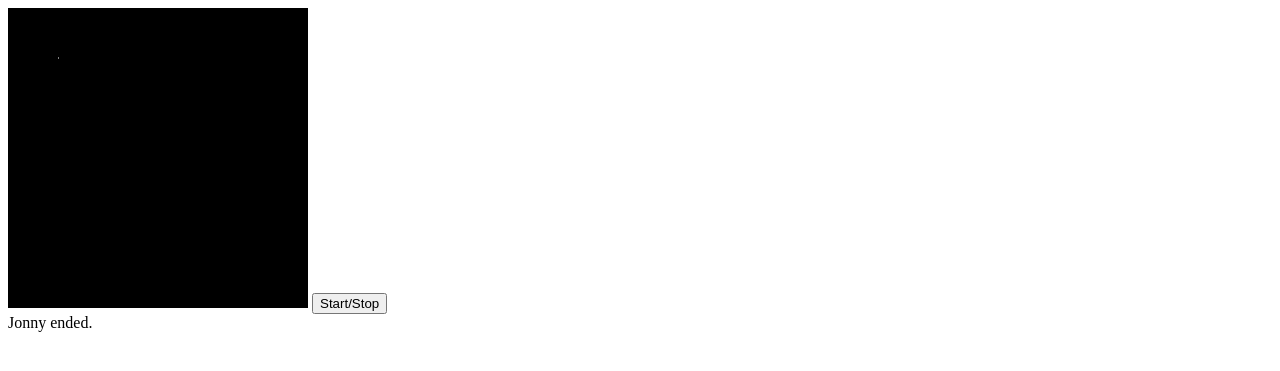
Repository: shadowroot/workspace
Page: http://localhost/test.php
An editor plug-in stored every save of this project. The page is shown before and after the next save, followed by the edit.
The browser window is 1280 px wide. The pictures show the whole page.
After loading, the first visible `#pause` was clicked once.
The page is run by PHP 8.4 with error messages shown; the project is at /var/www/html/.

Above is the page before, as saved 2012-02-08 20:41:06.

### javascript_achtung_die_kurve/test.php
<canvas id="gamespace" width="300" height="300"
	style="background: #000000;"></canvas>
<?php

?>
<script type="text/javascript">
function game(){
	var game = this;
	game.hero = null;


	game.canvas = document.getElementById("gamespace");
	game.ctx = game.canvas.getContext("2d");
	/*
	ctx.beginPath();
	ctx.moveTo(100,100);
	ctx.lineTo(101,101);
	ctx.lineTo(102,102);
	ctx.lineWidth = 10;
	ctx.strokeStyle = "black";
	ctx.stroke();
	ctx.fillStyle="#000000";
	ctx.fillRect(0,0,300,300);
	var data = ctx.getImageData(0,0,300,300);
	var i=0;

	for (i=0;i<=5;i++){
		//90% alfa
		if((data.data[i] | 0x00) != 0x00){
			document.write("collision");
		}

	}
	*/
	game.loop = function(){
		//console.log("Not Running");
		if(game.status){
			//console.log("Running");
			for(var i=0;i<=game.hero.length-1;i++){
				game.change_vector(i);
				game.draw(i);

			}
		}
	};
	game.init = function(){
		game.hero = new Array();
		console.log("init");
		game.status = false;
		/*18*/

		game.butt = document.createElement("input");
		game.butt.type = "button";
		game.butt.id="pause";
		game.butt.value="Start/Stop";
		game.butt.onclick = function(){
			if(!game.status){
				game.status = true;

			}
			else{
				game.status = false;
			}

		};
			game.hero.push({
				/*
					Start coordinates
				*/
			name:"Jonny",
			running:true,
			x:50,
			y:50,
			//[x,y] vector
			direction:new Array(0,0),
			angle:0,
			color:"#ffffff"
			});


		document.getElementsByTagName("body")[0].appendChild(game.butt);
		window.document.onkeydown = function(e){
			console.log(e.keyCode);
			switch(e.keyCode){
				case 81/*q*/:

					game.hero[0].angle++;
					break;
				case 87/*w*/:
					game.hero[0].angle--;
					break;
				case 70/*f*/:
					game.hero[1].angle++;
					break;
				case 71/*g*/:
					game.hero[1].angle++;
					break;
				default:
					break;
			}

		};
	};
	game.draw = function(i){
		if(game.hero[i].running){
			var x = game.hero[i].x+game.hero[i].direction[0];
			var y = game.hero[i].y+game.hero[i].direction[1];
			game.ctx.moveTo(game.hero[i].x,game.hero[i].y);
			if((game.ctx.getImageData(x,y,1,1).data[0] != "\x00") || (game.ctx.getImageData(x,y,1,1).data[1] != "\x00") ||
					 (game.ctx.getImageData(x,y,1,1).data[2] != "\x00") || (game.ctx.getImageData(x,y,1,1)[3] != "\x00") || (x>game.canvas.width) || (x<0)||
					(y>game.canvas.height) || (y<0)){
						game.hero[i].running = false;
						console.log(game.hero[i].name+ " ended.");
						var div = document.createElement("div");
						div.innerHTML = game.hero[i].name+ " ended.";
						document.body.appendChild(div);
			}
			else{

			}
			game.ctx.lineTo(x,y);

			game.ctx.strokeStyle=game.hero[i].color;
			game.ctx.stroke();

			game.hero[i].x = x;
			game.hero[i].y = y;
		}////next point color check && frame limits

	};
	game.change_vector = function(i){
		if(game.hero[i].running){
			var x = Math.cos(game.hero[i].angle/10);
			var y = Math.sin(game.hero[i].angle/10);

			game.hero[i].direction = [x,y];

		}
	};

}
/*
 * Constructor
 */
var curve = new game();
curve.init();
setInterval("curve.loop()","20");

/*
 * Controllers

 sin 5° =  0,0872
 */

</script>

After the next save:
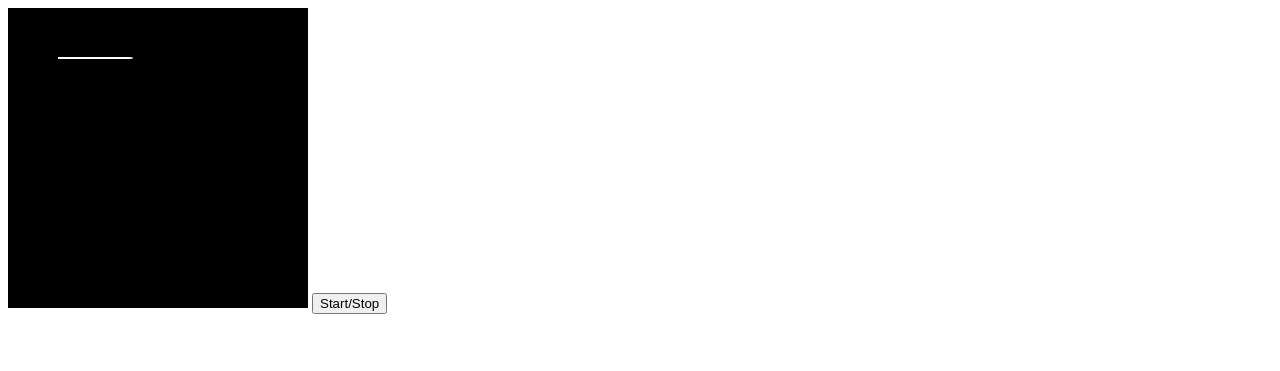
Saved 12 s later.
--- a/javascript_achtung_die_kurve/test.php
+++ b/javascript_achtung_die_kurve/test.php
@@ -109,14 +109,14 @@
 			if((game.ctx.getImageData(x,y,1,1).data[0] != "\x00") || (game.ctx.getImageData(x,y,1,1).data[1] != "\x00") ||
 					 (game.ctx.getImageData(x,y,1,1).data[2] != "\x00") || (game.ctx.getImageData(x,y,1,1)[3] != "\x00") || (x>game.canvas.width) || (x<0)||
 					(y>game.canvas.height) || (y<0)){
-						game.hero[i].running = false;
-						console.log(game.hero[i].name+ " ended.");
-						var div = document.createElement("div");
-						div.innerHTML = game.hero[i].name+ " ended.";
-						document.body.appendChild(div);
+
 			}
 			else{
-
+				game.hero[i].running = false;
+				console.log(game.hero[i].name+ " ended.");
+				var div = document.createElement("div");
+				div.innerHTML = game.hero[i].name+ " ended.";
+				document.body.appendChild(div);
 			}
 			game.ctx.lineTo(x,y);
 

After the 2 saves that followed:
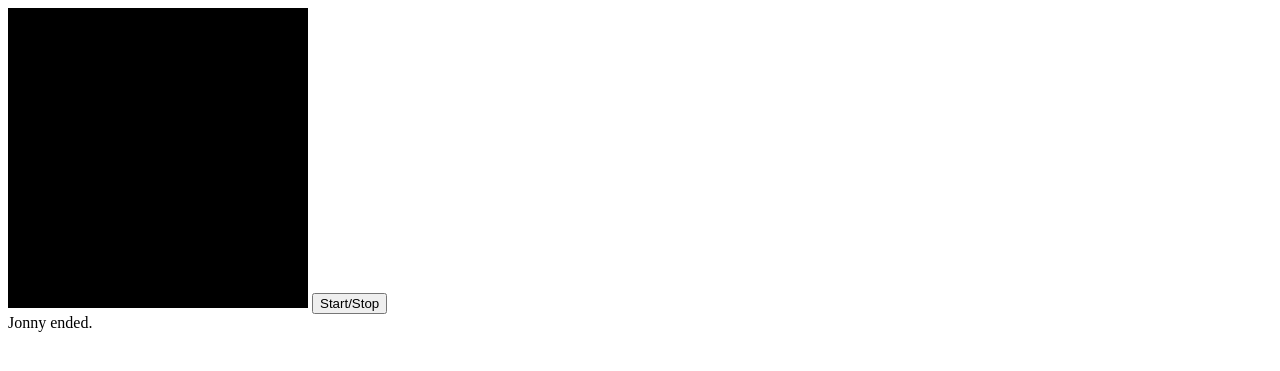
The 2 saves are shown as one change because 1 left the picture as it was.
The last was saved 2 min 46 s later.
--- a/javascript_achtung_die_kurve/test.php
+++ b/javascript_achtung_die_kurve/test.php
@@ -106,10 +106,16 @@
 			var x = game.hero[i].x+game.hero[i].direction[0];
 			var y = game.hero[i].y+game.hero[i].direction[1];
 			game.ctx.moveTo(game.hero[i].x,game.hero[i].y);
-			if((game.ctx.getImageData(x,y,1,1).data[0] != "\x00") || (game.ctx.getImageData(x,y,1,1).data[1] != "\x00") ||
-					 (game.ctx.getImageData(x,y,1,1).data[2] != "\x00") || (game.ctx.getImageData(x,y,1,1)[3] != "\x00") || (x>game.canvas.width) || (x<0)||
-					(y>game.canvas.height) || (y<0)){
+			if((game.ctx.getImageData(x,y,1,1).data[0] == "\x00") && (game.ctx.getImageData(x,y,1,1).data[1] == "\x00") &&
+					 (game.ctx.getImageData(x,y,1,1).data[2] == "\x00") && (game.ctx.getImageData(x,y,1,1)[3] == "\x00") && (x<game.canvas.width) && (x>0)&&
+					(y<game.canvas.height) && (y>0)){
+				game.ctx.lineTo(x,y);
 
+				game.ctx.strokeStyle=game.hero[i].color;
+				game.ctx.stroke();
+
+				game.hero[i].x = x;
+				game.hero[i].y = y;
 			}
 			else{
 				game.hero[i].running = false;
@@ -118,13 +124,7 @@
 				div.innerHTML = game.hero[i].name+ " ended.";
 				document.body.appendChild(div);
 			}
-			game.ctx.lineTo(x,y);
 
-			game.ctx.strokeStyle=game.hero[i].color;
-			game.ctx.stroke();
-
-			game.hero[i].x = x;
-			game.hero[i].y = y;
 		}////next point color check && frame limits
 
 	};
